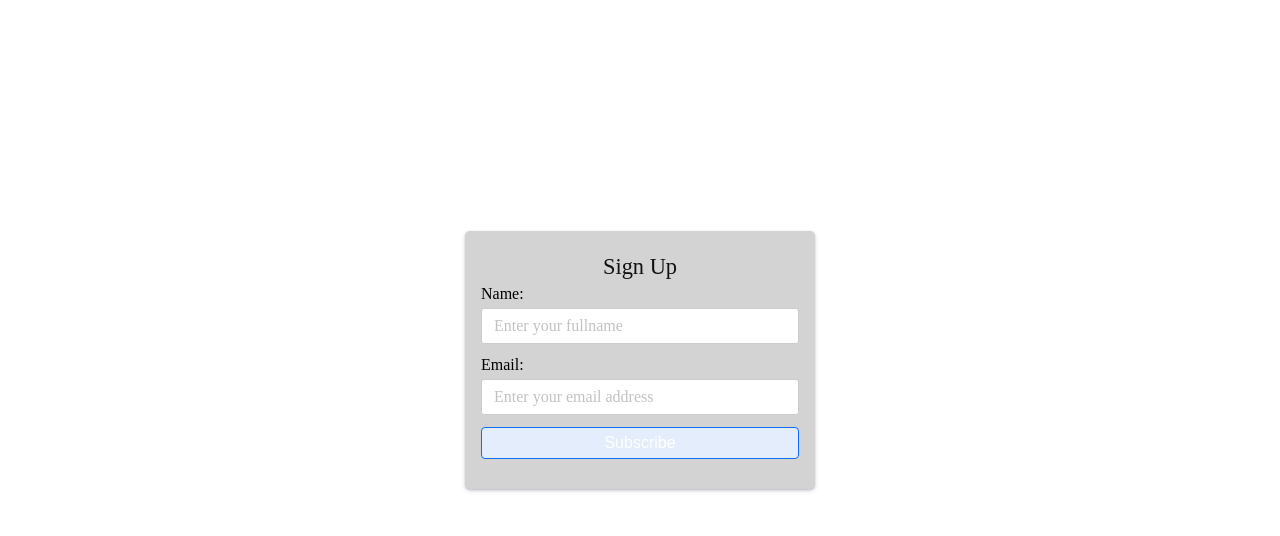
Repository: HoangDuy315/web-dev2022
Page: hw151022/ex2/ex2.2/index.html
The author's editor kept a copy of each file at every save. The page is drawn from the files as they stood at one save, then again after the next save.
The browser window is 1280 px wide. The pictures show the whole page.

Above is the page before, as saved 2022-10-15 15:08:01.

### hw151022/ex2/ex2.2/index.html
<!DOCTYPE html>
<html lang="en">
  <head>
    <title>JavaScript Form Demo</title>
    <meta name="viewport" content="width=device-width, initial-scale=1.0" />
    <link rel="stylesheet" href="./index.css" />
  </head>
  <body>
    <div class="container">
      <form action="signup.html" method="post" id="signup">
        <h1>Sign Up</h1>
        <div class="field">
          <label for="name">Name:</label>
          <input
            type="text"
            id="name"
            name="name"
            placeholder="Enter your fullname"
          />
        </div>
        <div class="field">
          <label for="email">Email:</label>
          <input
            type="text"
            id="email"
            name="email"
            placeholder="Enter your email address"
          />
        </div>
        <div class="field">
          <button type="submit" class="full">Subscribe</button>
        </div>
      </form>
    </div>
    <script src="./index.js"></script>
  </body>
</html>

### hw151022/ex2/ex2.2/index.css
* {
  margin: 0;
  padding: 0;
  box-sizing: border-box;
}

body {
  display: flex;
  align-items: center;
  justify-content: center;
  min-height: 100vh;
}

.container {
  background-color: rgb(212, 211, 211);
  border-radius: 5px;
  box-shadow: rgba(50, 50, 93, 0.25) 0px 2px 5px -1px,
    rgba(0, 0, 0, 0.3) 0px 1px 3px -1px;
  width: 350px;
}

form {
  max-width: 400px;
  margin: 10px auto;
  padding: 0.5rem 1rem;
}

form h1 {
  padding: 5px 0;
  font-size: 1.4rem;
  font-weight: normal;
  text-align: center;
  color: #111;
}

/*! form.css v1.0 | MIT License | https://www.javascripttutorial.net/ */

.field {
  margin-bottom: 0.75rem;
}

.field small {
  color: #dc3545;
}

label {
  display: inline-block;
  margin-bottom: 5px;
  vertical-align: top;
  width: 100%;
}

/* input, textarea */
input,
textarea,
select {
  border: solid 1px #ccc;
  border-radius: 3px;
  display: inline-block;
  padding: 0.5rem 0.75rem;
  width: 100%;
  font-family: inherit;
  font-size: 1rem;
}

input::placeholder {
  color: #c2c2c2;
}

input:focus,
textarea:focus,
select:focus {
  outline: none;
  box-shadow: 0 0 0 2pt rgb(49, 132, 253, 0.5);
}

input[disabled],
textarea[disabled] {
  background-color: #f5f5f5;
  box-shadow: none;
  color: #7a7a7a;
  cursor: not-allowed;
}

/* input error */
input.error,
textarea.error,
select.error {
  border-color: #dc3545;
}

input.error:focus,
textarea.error:focus,
select.error:focus {
  box-shadow: 0 0 0 0.25rem rgb(220 53 69 / 25%);
}

/* input success */
input.success,
textarea.success,
select.success {
  border-color: #198754;
}

input.success:focus,
textarea.success:focus {
  box-shadow: 0 0 0 0.25rem rgb(25 135 84 / 25%);
}

/* button */
button {
  background: #e3edfb;
  color: #fff;
  border-radius: 0.25rem;
  font-size: 1rem;
  font-weight: 400;
  border: 1px solid #0d6efd;
  transition: color 0.15s ease-in-out, background-color 0.15s ease-in-out,
    border-color 0.15s ease-in-out, box-shadow 0.15s ease-in-out;
  text-align: center;
  padding: 0.375rem 0.75rem;
}

button:hover {
  background: #0b5ed7;
  border-color: #0a58ca;
  cursor: pointer;
}

button:focus {
  outline: none;
  color: #fff;
  background-color: #0b5ed7;
  border-color: #0a58ca;
  box-shadow: 0 0 0 0.25rem rgb(49 132 253 / 50%);
}

/* radio  & checkbox*/
label.radio,
label.checkbox {
  width: auto;
  cursor: pointer;
  display: inline-block;
  position: relative;
  border-radius: 5px;
}

.stack label.radio,
.stack label.checkbox {
  display: block;
  margin-left: auto;
}

.radio + .radio,
.checkbox + .checkbox {
  margin-left: 1rem;
}

input[type="checkbox"],
input[type="radio"] {
  vertical-align: baseline;
  width: auto;
}

/* vertical form */
.vertical label,
.vertical input,
.vertical textarea {
  display: block;
  width: 100%;
}

/* horizontal form */
.horizontal .field {
  display: grid;
  grid-template-columns: 20% 1fr;
  gap: 1rem 1rem;
  align-items: center;
  margin-bottom: 1rem;
}
.horizontal .field label {
  grid-column: 1 / 2;
  text-align: left;
}

.horizontal .field label.radio,
.horizontal .field label.checkbox {
  grid-column: 2 / 3;
  text-align: left;
}

.horizontal .field input,
.horizontal .field button,
.horizontal .field small {
  grid-column: 2 / 3;
}

/* Utility classes*/
.half {
  width: 50%;
}
.quarter {
  width: 25%;
}

.full {
  width: 100%;
}

.error {
  color: #dc3545;
}

### hw151022/ex2/ex2.2/index.js
function showMessage(input, message, type) {
  // get the small element and set the message
  const msg = input.parentNode.querySelector("small");
  msg.innerText = message;
  // update the class for the input
  input.className = type ? "success" : "error";
  return type;
}

function showError(input, message) {
  return showMessage(input, message, false);
}

function showSuccess(input) {
  return showMessage(input, "", true);
}

function hasValue(input, message) {
  if (input.value.trim() === "") {
    return showError(input, message);
  }
  return showSuccess(input);
}

function validateEmail(input, requiredMsg, invalidMsg) {
  // check if the value is not empty
  if (!hasValue(input, requiredMsg)) {
    return false;
  }
  // validate email format
  const emailRegex =
    /^(([^<>()\[\]\\.,;:\s@"]+(\.[^<>()\[\]\\.,;:\s@"]+)*)|(".+"))@((\[[0-9]{1,3}\.[0-9]{1,3}\.[0-9]{1,3}\.[0-9]{1,3}\])|(([a-zA-Z\-0-9]+\.)+[a-zA-Z]{2,}))$/;

  const email = input.value.trim();
  if (!emailRegex.test(email)) {
    return showError(input, invalidMsg);
  }
  return true;
}

const form = document.querySelector("#signup");

const NAME_REQUIRED = "Please enter your name";
const EMAIL_REQUIRED = "Please enter your email";
const EMAIL_INVALID = "Please enter a correct email address format";

form.addEventListener("submit", function (event) {
  // stop form submission
  event.preventDefault();

  // validate the form
  let nameValid = hasValue(form.elements["name"], NAME_REQUIRED);
  let emailValid = validateEmail(
    form.elements["email"],
    EMAIL_REQUIRED,
    EMAIL_INVALID
  );
  // if valid, submit the form.
  if (nameValid && emailValid) {
    alert("Demo only. No form was posted.");
  }
});

After the next save:
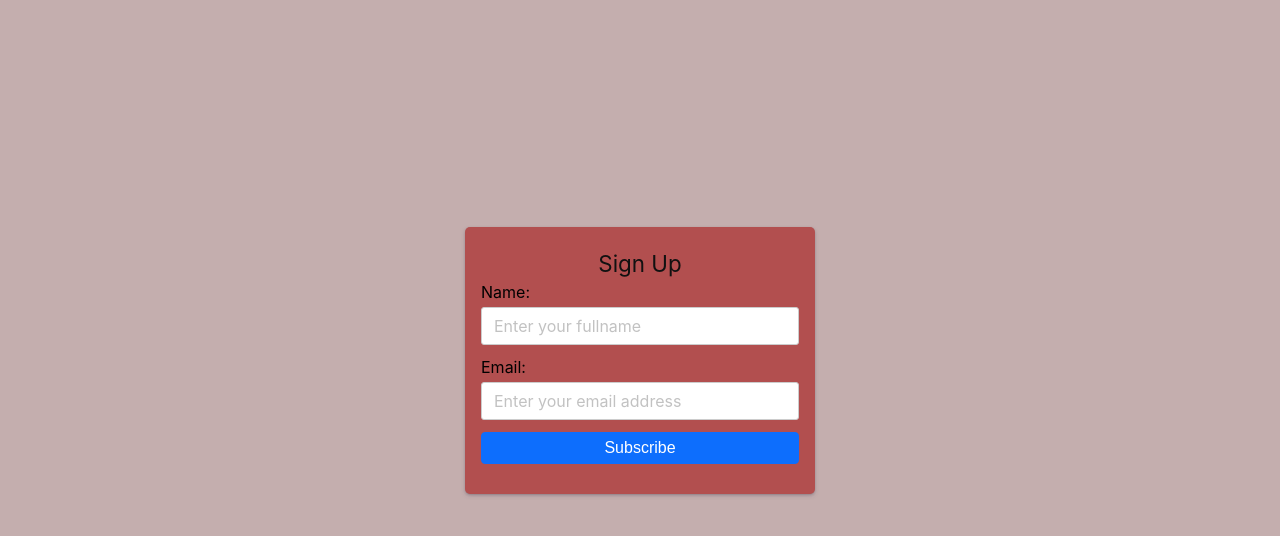
Saved 11 s later.
--- a/hw151022/ex2/ex2.2/index.css
+++ b/hw151022/ex2/ex2.2/index.css
@@ -5,6 +5,10 @@
 }
 
 body {
+  font-family: -apple-system, BlinkMacSystemFont, "Segoe UI", Roboto, Oxygen,
+    Ubuntu, Cantarell, "Open Sans", "Helvetica Neue", sans-serif;
+  font-size: 1rem;
+  background-color: #c4aeae;
   display: flex;
   align-items: center;
   justify-content: center;
@@ -12,7 +16,7 @@ body {
 }
 
 .container {
-  background-color: rgb(212, 211, 211);
+  background-color: rgb(178, 79, 79);
   border-radius: 5px;
   box-shadow: rgba(50, 50, 93, 0.25) 0px 2px 5px -1px,
     rgba(0, 0, 0, 0.3) 0px 1px 3px -1px;
@@ -109,7 +113,7 @@ textarea.success:focus {
 
 /* button */
 button {
-  background: #e3edfb;
+  background: #0d6efd;
   color: #fff;
   border-radius: 0.25rem;
   font-size: 1rem;
